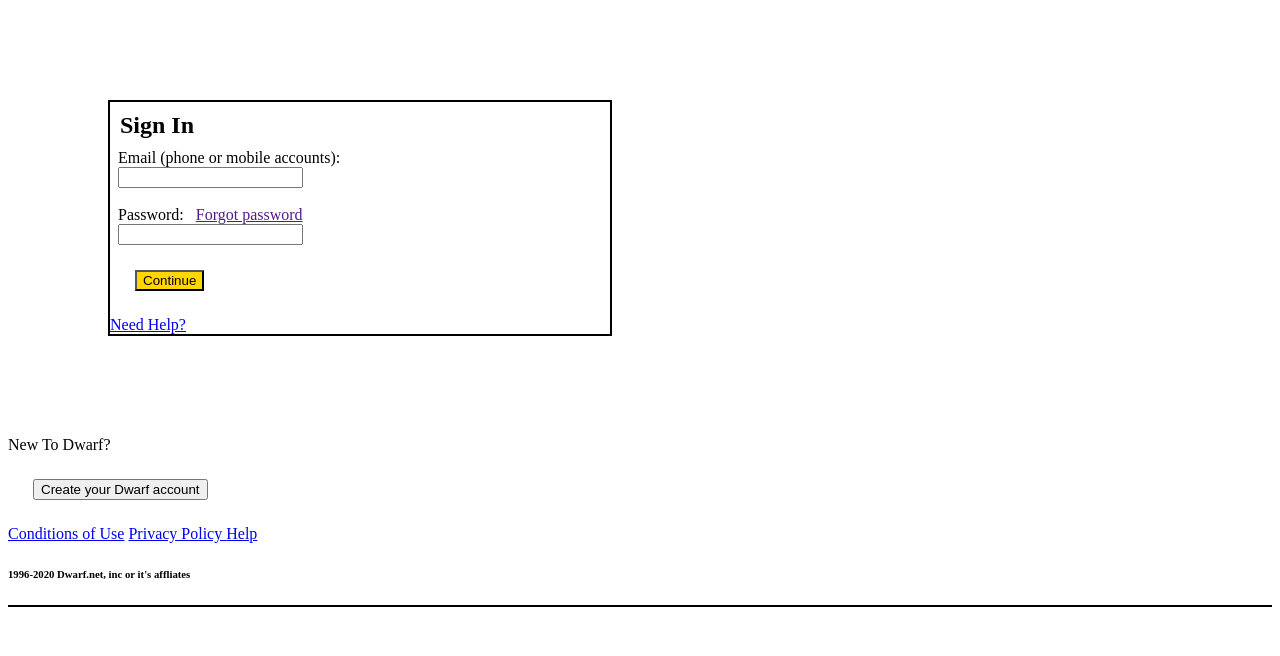
Repository: brittmarie333/replica
Page: index.html
The author's editor kept a copy of each file at every save. The page is drawn from the files as they stood at one save, then again after a run of saves.
The browser window is 1280 px wide. The pictures show the whole page.

Above is the page before, as saved 2024-06-09 14:08:39.

### index.html
<!DOCTYPE html>
<html lang="en">
<head>
    <meta charset="UTF-8">
    <meta name="viewport" content="width=device-width, initial-scale=1.0">
    <link rel="stylesheet" href="index.css">
    <title>Log In</title>
</head>
<body>

    <form action="/data.php">
        <h2>Sign In</h2>
        <label for="username">&ensp;Email (phone or mobile accounts):</label><br>
        &ensp;<input type="text" id="fname" name="fname"><br>
        <br>
        <label for="pword">&ensp;Password: </label> &ensp;<text align="right"><a href="">Forgot password</a></text><br>
        &ensp;<input type="text" id="lname" name="lname" ><br>
        <button style= "background-color: gold";
        <button>Continue</button>
        <br>
        <a href="http">Need Help?</a>
      </form>




      New To Dwarf?
      <br>
      <button id="create">Create your Dwarf account</button>
      <br>
      <a href="http"> Conditions of Use</a>
      <a href="http"> Privacy Policy </a>
      <a href="http"> Help </a>
      <br>

      <h6> 1996-2020 Dwarf.net, inc or it's affliates</h6>


</body>
</html>

### index.css
h2  {
    text-align: left;
    margin: 10px;
}

body {
    border-top: 2px
    text-align: center;
    border-bottom: 2px solid black;
    align-items: center;
}
form{
    text-align: left;

    border: 2px solid;
    border color: light grey;
    margin: 100px;
    width: 500px;

}
button{
    text-align: center;
    align-items: center;
    margin: 25px;

}

After the next 2 saves:
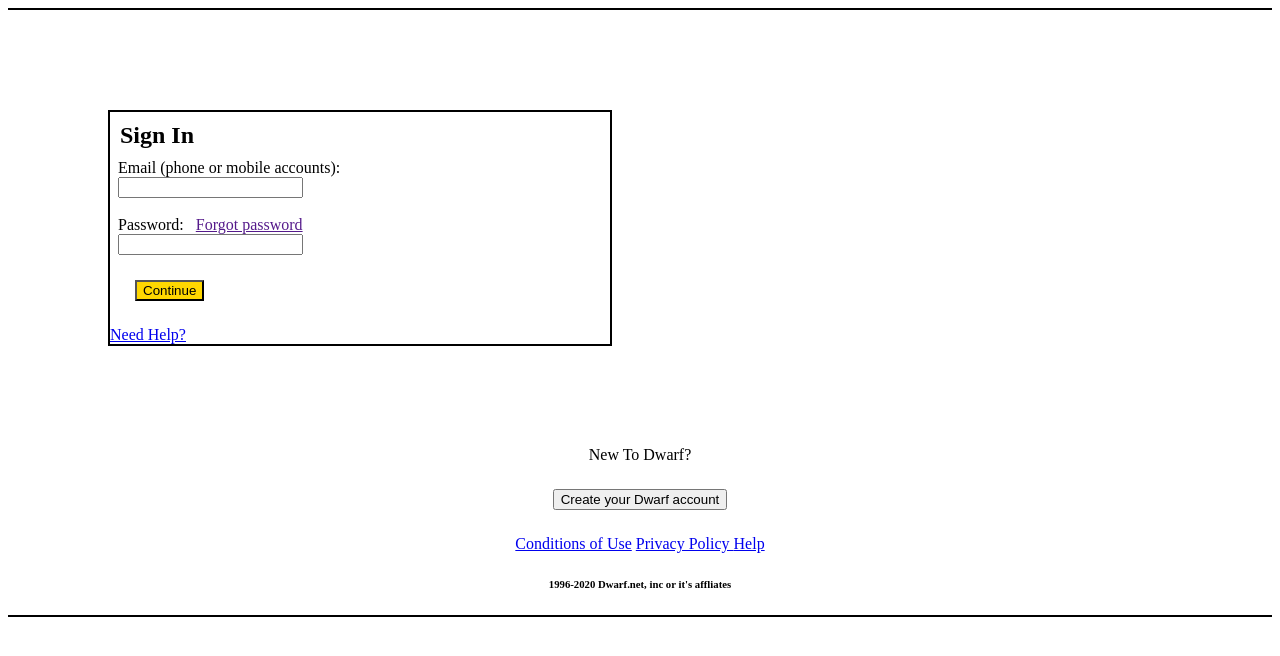
The 2 saves are shown as one change because they came seconds apart.
The last was saved 7 s later.
--- a/index.css
+++ b/index.css
@@ -4,7 +4,7 @@
 }
 
 body {
-    border-top: 2px
+    border-top: 2px solid black;
     text-align: center;
     border-bottom: 2px solid black;
     align-items: center;
